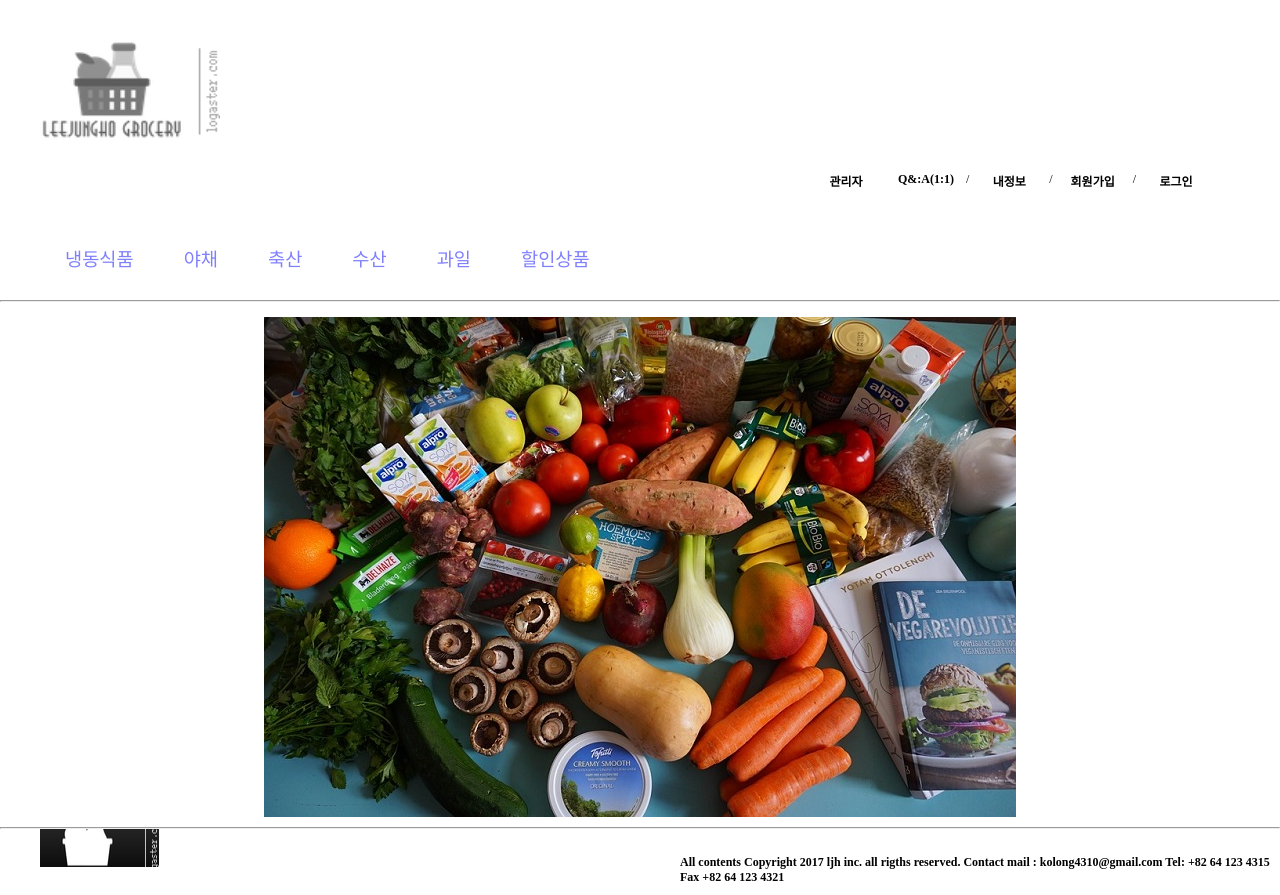
Repository: kolong4310/gitfth
Page: http://localhost/Shop/NonageServlet?command=index
An editor plug-in stored every save of this project. The page is shown before and after the next save, followed by the edit.
The browser window is 1280 px wide. The pictures show the whole page.
The page is served by Tomcat 9. Other server files are loaded and not shown. Queries for data that is not in the repository find no rows.

Above is the page before, as saved 2017-05-09 08:25:38.

### JspPro/Shop/WebContent/index.jsp
<%@ page language="java" contentType="text/html; charset=UTF-8"
    pageEncoding="UTF-8"%>

    	<%@ include file="../header.jsp" %>


    	<div id="main_img">
    		<img src="images/product.jpg">

    	</div>

    	<%@ include file="../footer.jsp" %>

### JspPro/Shop/WebContent/header.jsp
<%@ page language="java" contentType="text/html; charset=UTF-8"
    pageEncoding="UTF-8"%>
<%@ taglib prefix="c" uri="http://java.sun.com/jsp/jstl/core" %>
<%@ taglib prefix="fmt" uri="http://java.sun.com/jsp/jstl/fmt" %>

<!DOCTYPE html PUBLIC "-//W3C//DTD HTML 4.01 Transitional//EN" "http://www.w3.org/TR/html4/loose.dtd">
<html>
<head>
<meta http-equiv="Content-Type" content="text/html; charset=UTF-8">
<title>Shop</title>
<link href="css/shopping.css" rel="stylesheet">
<script type="text/javascript" src="member/member.js"></script>
<script type="text/javascript" src="mypage/mypage.js"></script>
</head>

<body>
	<div id="wrap">
		<header>
			<div id="logo">
				<a href="NonageServlet?command=index">
				<img src="images/grocery/4_Grayscale_logo_on_transparent_119x73.png" width="180" height="100" alt="main_logo">
				</a>
			</div>

			<nav id="catagory_menu">
				<ul>
					<c:choose>
						<c:when test="${empty sessionScope.loginUser}"> <!--로그인 담당하는 부분 비어 있으면. 로그인 안되어 있으면  -->
							<li>
								<a href="NonageServlet?command=login_form">로그인</a>
							</li>
							<li>/</li>
							<li><a href="NonageServlet?command=contract">회원가입</a></li>
						</c:when>

						<c:otherwise>
							<li style="color:orange">
								${sessionScope.loginUser.name}(${sessionScope.loginUser.id})
							</li>

							<li><a href="NonageServlet?command=logout">로그아웃</a></li>
							<li><a href="NonageServlet?command=cart_list">장바구니</a></li>
						</c:otherwise>
					</c:choose>

						<li>/</li>
						<li>
							<a href="NonageServlet?command=mypage">내정보</a>
						</li><li>/</li>
						<li>
							<a href="NonageServlet?command=qna_list">Q&amp:A(1:1)</a>
						</li>
						<li>
							<a href="NonageServlet?command=admin_login_form"> 관리자</a>
						</li>
					</ul>
				</nav>

				<nav id="top_menu">
					<ul>
						<li>
							<a href="NonageServlet?command=catagory&kind=1">냉동식품</a>
						</li>

						<li>
							<a href="NonageServlet?command=catagory&kind=2">야채</a>
						</li>

						<li>
							<a href="NonageServlet?command=catagory&kind=3">축산</a>
						</li>

						<li>
							<a href="NonageServlet?command=catagory&kind=4">수산</a>
						</li>

						<li>
							<a href="NonageServlet?command=catagory&kind=5">과일</a>
						</li>

						<li>
							<a href="NonageServlet?command=catagory&kind=6">할인상품</a>
						</li>
					</ul>
				</nav>

				<div class="clear"></div>
				<hr>

		</header>
	</div>
</body>
</html>

### JspPro/Shop/WebContent/footer.jsp
<%@ page language="java" contentType="text/html; charset=UTF-8"
    pageEncoding="UTF-8"%>

	<div class="clear"></div>

	<footer>
		<hr>
		<div id="copy">
			All contents Copyright 2017 ljh inc. all rigths reserved.
			Contact mail : kolong4310@gmail.com  Tel: +82 64 123 4315
			Fax +82 64 123 4321
		</div>
	</footer>
</body>
</html>

### JspPro/Shop/src/com/nonage/controller/NonageServlet.java
package com.nonage.controller;

import java.io.IOException;
import javax.servlet.ServletException;
import javax.servlet.annotation.WebServlet;
import javax.servlet.http.HttpServlet;
import javax.servlet.http.HttpServletRequest;
import javax.servlet.http.HttpServletResponse;

import com.nonage.action.Action;
import com.nonage.controller.action.ActionFactory;

/**
 * Servlet implementation class NonageServlet
 */
@WebServlet("/NonageServlet")
public class NonageServlet extends HttpServlet {
	private static final long serialVersionUID = 1L;

    /**
     * @see HttpServlet#HttpServlet()
     */
    public NonageServlet() {
        super();
        // TODO Auto-generated constructor stub
    }

	/**
	 * @see HttpServlet#doGet(HttpServletRequest request, HttpServletResponse response)
	 */
	protected void doGet(HttpServletRequest request, HttpServletResponse response) throws ServletException, IOException {

		// TODO Auto-generated method stub

		//요청시 보낸 파라미터 command 값을 얻어온다
		String command=request.getParameter("command");
		System.out.println("NonageServlet에서 요청 받음을 확인 : " +command);


		//ActionFactory의 getAction()에 요청 파라미터 값을 넘겨주어 요청에 따른 액션 객체를 얻어온 후에
		//execute()메소드를 호출 하여 요청에 대한 처리가 일어나도록 한다
		ActionFactory af=ActionFactory.getInstance();
		Action action = af.getAction(command);

		if(action!=null){
			action.execute(request, response);
		}
	}

	/**
	 * @see HttpServlet#doPost(HttpServletRequest request, HttpServletResponse response)
	 */
	protected void doPost(HttpServletRequest request, HttpServletResponse response) throws ServletException, IOException {
		// TODO Auto-generated method stub
		//post 방식으로 요청시 한글 깨짐을 방지하기 위한 코드
		request.setCharacterEncoding("UTF-8");

		//doGet()에서만 요청에 대한 처리를 한다
		doGet(request,response);
	}

}

### JspPro/Shop/src/com/nonage/controller/action/ActionFactory.java
package com.nonage.controller.action;

import com.nonage.action.Action;
import com.nonage.action.indexAction;
import com.nonage.admin.controller.action.AdminIndexAction;
import com.nonage.admin.controller.action.AdminMemberListAction;
import com.nonage.admin.controller.action.AdminOrderListAction;
import com.nonage.admin.controller.action.AdminOrderSaverAction;
import com.nonage.admin.controller.action.AdminProductDetailAction;
import com.nonage.admin.controller.action.AdminProductListAction;
import com.nonage.admin.controller.action.AdminProductUpdateFormAction;
import com.nonage.admin.controller.action.AdminProductWriteAction;
import com.nonage.admin.controller.action.AdminProductWriteFormAction;
import com.nonage.admin.controller.action.AdminQnaDetailAction;
import com.nonage.admin.controller.action.AdminQnaListAction;
import com.nonage.admin.controller.action.AdminQnaResaveAction;
import com.nonage.admin.controller.action.AdminProductUpdateAction;


//요청이 들어 왓을 때 어떤 액션 객체가 동작해야 하는지 판단하여 객체를 생성해주는 일응 담당

public class ActionFactory {
	private static ActionFactory instance = new ActionFactory();
	public ActionFactory(){
		super();
	}

	public static ActionFactory getInstance(){
		return instance;
	}

	public Action getAction(String command){
		Action action=null;
		System.out.println("ActionFactory :" + command);

		if(command.equals("index")){
			action = new indexAction();
		}else if(command.equals("product_detail")){
			action = new ProductDetailAction();
		}else if(command.equals("catagory")){
			action = new ProductKindAction();
		}else if(command.equals("contract")){
			action = new ContractAction();
		}else if(command.equals("join_form")){
			action = new JoinFormAction();
		}else if(command.equals("id_check_form")){
			action = new idCheckFormAction();
		}else if(command.equals("find_zip_num")){
			action = new FindZipNumAction();
		}else if(command.equals("join")){
			action = new JoinAction();
		}else if(command.equals("login_form")){
			action = new LoginFormAction();
		}else if(command.equals("login")){
			action = new LoginAction();
		}else if(command.equals("logout")){
			action = new LogoutAction();
		}else if(command.equals("cart_insert")){
			action = new CartInsertAction();
		}else if(command.equals("cart_list")){
			action = new CartListAction();
		}else if(command.equals("cart_delete")){
			action = new CartDeleteAction();
		}else if(command.equals("order_insert")){
			action = new OrderInsertAction();
		}else if(command.equals("order_list")){
			action = new OrderListAction();
		}else if(command.equals("mypage")){
			action = new MypageAction();
		}else if(command.equals("order_detail")){
			action = new OrderDetailAction();
		}/*else if(command.equals("order_all")){
			action = new OrderAllAction();
		}*/else if(command.equals("qna_list")){
			action = new QnaListAction();
		}else if(command.equals("qna_write_form")){
			action = new QnaWriteFormAction();
		}else if(command.equals("qna_write")){
			action = new QnaWriteAction();
		}else if(command.equals("qna_view")){
			action = new QnaViewAction();
		}else if(command.equals("admin_login_form")){
			action = new AdminIndexAction();
		}else if(command.equals("admin_login")){
			action = new AdminLoginAction();
		}else if(command.equals("admin_logout")){
			action = new AdminLogoutAction();
		}else if(command.equals("admin_product_list")){
			action = new AdminProductListAction();
		}else if(command.equals("admin_product_write_form")){
			action = new AdminProductWriteFormAction();
		}else if(command.equals("admin_product_write")){
			action = new AdminProductWriteAction();
		}else if(command.equals("admin_product_detail")){
			action = new AdminProductDetailAction();
		}else if(command.equals("admin_product_update_form")){
			action = new AdminProductUpdateFormAction();
		}else if(command.equals("admin_product_update")){
			action = new AdminProductUpdateAction();
		}else if(command.equals("admin_order_list")){
			action = new AdminOrderListAction();
		}else if(command.equals("admin_order_save")){
			action = new AdminOrderSaverAction();
		}else if(command.equals("admin_member_list")){
			action = new AdminMemberListAction();
		}else if(command.equals("admin_qna_list")){
			action = new AdminQnaListAction();
		}else if(command.equals("admin_qna_detail")){
			action = new AdminQnaDetailAction();
		}else if(command.equals("admin_qna_repsave")){
			action = new AdminQnaResaveAction();
		}
		return action;
	}
}

### JspPro/Shop/src/com/nonage/action/Action.java
package com.nonage.action;

import java.io.IOException;

import javax.servlet.ServletException;
import javax.servlet.http.HttpServletRequest;
import javax.servlet.http.HttpServletResponse;


//요청이 들어오면 액션 객체에서 모든 비즈니스 로직을 수행하고 뷰를 결정, 액션 클래스들은 요청에 대해서 동일한 메소드로 처리하도록 하기 위해 인터페이스(Action)의 상속을 받도록 합니다
//다음은 요청에 대한 처리를 담당할 추상 메소드를 갖는 인터페이스, 인터페이스를 모든 액션 클래스가 상속 받도록 할 것
public interface Action {
	public void execute(HttpServletRequest request, HttpServletResponse response)
		throws ServletException,IOException;

}

### JspPro/Shop/src/com/nonage/action/indexAction.java
package com.nonage.action;

import java.io.IOException;
import java.util.ArrayList;

import javax.servlet.RequestDispatcher;
import javax.servlet.ServletException;
import javax.servlet.http.HttpServletRequest;
import javax.servlet.http.HttpServletResponse;

import com.nonage.dao.ProductDAO;
import com.nonage.dto.ProductVO;
//메인 화면 출력을 위한 액션 클래스
public class indexAction implements Action {

	@Override
	public void execute(HttpServletRequest request, HttpServletResponse response) throws ServletException, IOException {
		// TODO Auto-generated method stub
		String url="/index.jsp";
		//데이터 베이스에서 상품 정보 얻어오는 비즈니스 로직
		ProductDAO productDAO=ProductDAO.getInstance();
		ArrayList<ProductVO> newProductList=productDAO.listNewProduct();
		ArrayList<ProductVO> bestProductList=productDAO.listBestProduct();

		request.setAttribute("newProductList", newProductList);
		request.setAttribute("bestProductList", bestProductList);

		RequestDispatcher dispatcher=request.getRequestDispatcher(url);
		dispatcher.forward(request, response);

	}

}

### JspPro/Shop/src/util/DBManager.java
package util;

import java.sql.Connection;
import java.sql.PreparedStatement;
import java.sql.ResultSet;

import javax.naming.Context;
import javax.naming.InitialContext;
import javax.sql.DataSource;

import com.mysql.jdbc.Statement;

public class DBManager {
	public static Connection getConnection(){
		Connection conn=null;

		try{
			Context initContext = new InitialContext();
			Context envContext  = (Context)initContext.lookup("java:/comp/env");
			DataSource ds = (DataSource)envContext.lookup("jdbc/TestDB");
			conn = ds.getConnection();

		}catch(Exception e){
			e.printStackTrace();
		}
		return conn;
	}



	public static void close(Connection conn, PreparedStatement stmt, ResultSet rs){

		try{
			rs.close();
			stmt.close();
			conn.close();
		}catch(Exception e){
			e.printStackTrace();
		}
	}


	public static void close(Connection conn,PreparedStatement stmt){
		try{
			stmt.close();
			conn.close();
		}catch(Exception e){
			e.printStackTrace();
		}
	}
}

### JspPro/Shop/WebContent/css/shopping.css
body{
    background-color:#ffffff;
    margin:0;
    padding:0;
    font-size:0.75em;
}

#wrap{
    width:100%; /* 각 웹 페이지 크기에 맞게 사이즈 조정 */
    text-align:left;
    margin:0;
    margin-right:auto;
    margin-left:auto;
    background-color:#ffffff;
    background-repeat:repeat-y;
    min-height:200px;
}

.clear{clear:both;}

#logo{
    float:left;
    width:180px;
    height:100px;
    margin:40px 0 0 40px;
}

nav#catagory_menu{
	float:right;
    margin:20px 64px 0 0;
    font-family: Arial, Helvetica, sans-serif;
}

table#cartList {
    border-collapse:collapse;    /* border 사이의 간격 없앰 */
    border-top: 2px solid  #333;
    border-bottom: 1px solid  #333;
    width:100%;                  /* 전체 테이블 길이 설정 */
    margin-bottom: 20px;
}

table#cartList th, td{
    border-bottom: 1px dotted  #333;
	text-align: center;
}

nav#catagory_menu ul{
    list-style:none;
    width: 1000px;
}

nav#catagory_menu ul li{
	display:block;
    height:30px;
    float:right;
    font-family: 굴림;
}

nav#catagory_menu a{
    text-decoration:none;
    display:inline-block;
    width: 80px;
    text-align: center;
    color: #000000;
    font-weight: bold;
}

nav#catagory_menu a:hover{
    color: #F90;
    font-weight: bold;
}

nav#top_menu{
    margin: 20px 0;
    float:left;
}

nav#top_menu ul{
    list-style:none;
    font-family:Verdana;
}
nav#top_menu ul li{
   float:left;
   margin:0 15px;
   font-size: 14pt;
}

nav#top_menu a{
	display:block;
    height:20px;
    text-decoration:none;
    color:#8080ff;
    padding: 10px;
}

nav#top_menu a:hover{
    background-image:url(../images/purple.gif);
    background-repeat:repeat-x;
    background-position:bottom;
}

article h1, div h1 {
	font-family: "Times New Roman", Times, serif;
	font-size: 45px;
	color: #CCC;
	margin: 20px 0;
	font-weight: normal;
}

article h2, div h2{
	font-family: "Times New Roman", Times, serif;
	font-size: 30px;
	color: #000000;
	padding-bottom: 15px;
	border-bottom: 1px dotted #666; /* 제목 하단 부에 점선을 넣어 제목이라는 것을 표시해 줍니다. */
}



#item{
    width:200px;
    float:left; margin: 0 13px;
    text-align: center;
}

#item img{
	width: 190px;
	height : 200px;
}

#itemdetail  img{
	width: 190px;
	height : 200px;
	margin-right: 20px;
}

a{
    color:#F00;
    text-decoration:none;
}
a:hover{
    color:#0000ff;
    text-decoration:underline;
}

#pname {
	font-size: 20px;
	border-bottom: 1px dotted #666;
	padding: 5px 0;
}

footer {
	margin:10px 0 0 0;
	height:40px;
	background-image: url(../images/grocery/5_White_logo_on_black_119x73.png);
	background-repeat: no-repeat;
	background-position: 40px center;
}

footer #copy {
	margin: 20px 0 10px 300px;
	width:600px;
	float:right;
	font-weight:bold;
	font-size: 1em;
}

#main_img{
	text-align: center;
}
#main_img img{
    margin:9px 0 0 0;
}

div#front{
    margin:5px 0 5px 20px;
}

#sub_img {
	text-align: center;
}

#sub_img img {
	margin: 9px 0 0 0;
}



article {
	float: right;
	position:relative;
	right:-10%;
	width: 100%;
	padding-right: 10px;
	font-family: Verdana, Geneva, sans-serif;
	font-size: 1em;
	line-height: 1.5em;
	margin:10px 0 0 0;
}


article p {

	padding-left: 10px;
}

article table#notice {

	width: 670px;
	border-collapse: collapse;
	border-top: 1px solid #999;
}

article table#notice th {

	height: 20px;
	width: 70px;
	font-size: 14px;
	font-weight: bold;
	padding: 5px;
	color: #FFF;
	border-bottom: 1px dotted #999;
}

article table#notice td {

	text-align: left;
	padding: 6px 0;
	border-bottom: 1px dotted #999;
}

article table#notice tr:hover {

	background-color: #DDF;
	cursor: pointer;
	color: red;
}




form {
	margin: 10px 0 0 0;
	width: 670px;
}

form fieldset {
	padding: 10px 0 20px 5px;
	border: none;
}

form fieldset legend {
	font-size: 20px; /* 제목으로 사용되기 때문에 크기를 크게 잡아 줍니다. */
	border-bottom: 1px dotted #666; /* 제목 하단 부에 점선을 넣어 제목이라는 것을 표시해 줍니다. */
	width: 600px; /* 전체 크기를 잡아 줍니다. */
	padding: 5px 0; /* 위와 아래로 여백을 주고 좌우로는 여백을 없애버립니다.
                                      여백을 안 주게 되면 밑줄과 너무 붙어버려 보기에 좋지 않습니다. */
}

form label {
	width: 140px; /* 전체의 크기를 정의합니다. */
	float: left; /* 왼쪽으로 이동시킵니다. */
	margin: 5px 0; /* 마진을 이용해서 상하로 간격을 줍니다. */
}

form input {
	margin: 5px 0; /* label과 마찬가지로 여기도 동일하게 상하로 간격을 줍니다. */
	border: 1px solid #999; /* input 박스의 테두리 모양을 정의해 줍니다. */
	background-color: #FCFDEA; /* 배경색을 이용하여 바탕화면 색과 차별을 줍니다. */
}

form input.id {
	width: 100px;
	height: 18px;
}

form input.dup {
	width: 90px; /* 버튼의 가로 크기를 정합니다. */
	height: 23px; /* 버튼의 세로 크기를 정합니다. */
	border-radius: 8px; /* border-radius 통해 둥그런 버튼으로 만듭니다. */
	border: none; /* 배경 이미지가 어둡기 때문에 여기서 border는 없애버리겠습니다. */
	margin: 0 0 0 5px; /* 마진을 왼쪽만 줘서 input과의 간격을 벌립니다. */
	font-weight: bold; /* 글꼴 두께를 두껍게 */
	color: #FFF; /* 글꼴의 색상은 흰색으로 */
	background-image: url(../images/dup.jpg);
	/* 백그라운드 이미지를 사용합니다. */
	background-repeat: repeat-x; /* 백그라운드 이미지를 x축으로 반복 */
	background-position: center center; /* 백그라운드 이미지의 위치를 중앙으로 위치 */
}

form #buttons {
	margin: 20px 0 0 0;
}

form  .submit,form  .cancel {
	height: 30px; /* 버튼의 세로 크기를 정의합니다. */
	width: 150px; /* 버튼의 가로 크기를 정의합니다. */
	border: 1px solid #666; /* 버튼의 테두리를 정의합니다. */
	border-radius: 10px; /* border-radius를 통해 버튼을 둥그렇게 만듭니다. */
	box-shadow: 3px 3px 2px #ccc; /* box-shadow를 이용해서 그림자를 만듭니다. */
	font-size: 14px; /* 글꼴 사이즈를 조절합니다. */
	background-repeat: repeat-x;
	background-position: center center;
	color: #fff;
	margin: 0 0 0 20px;
}

form  .submit {
	background-image: url(../images/submit_back.jpg);
}

form  .cancel {
	background-image: url(../images/cancel_back.jpg);
}

Loaded but not shown: JspPro/Shop/WebContent/member/member.js (53 lines, source omitted); JspPro/Shop/WebContent/mypage/mypage.js (75 lines, source omitted); JspPro/Shop/src/com/nonage/dao/ProductDAO.java (376 lines, source omitted)

After the next save:
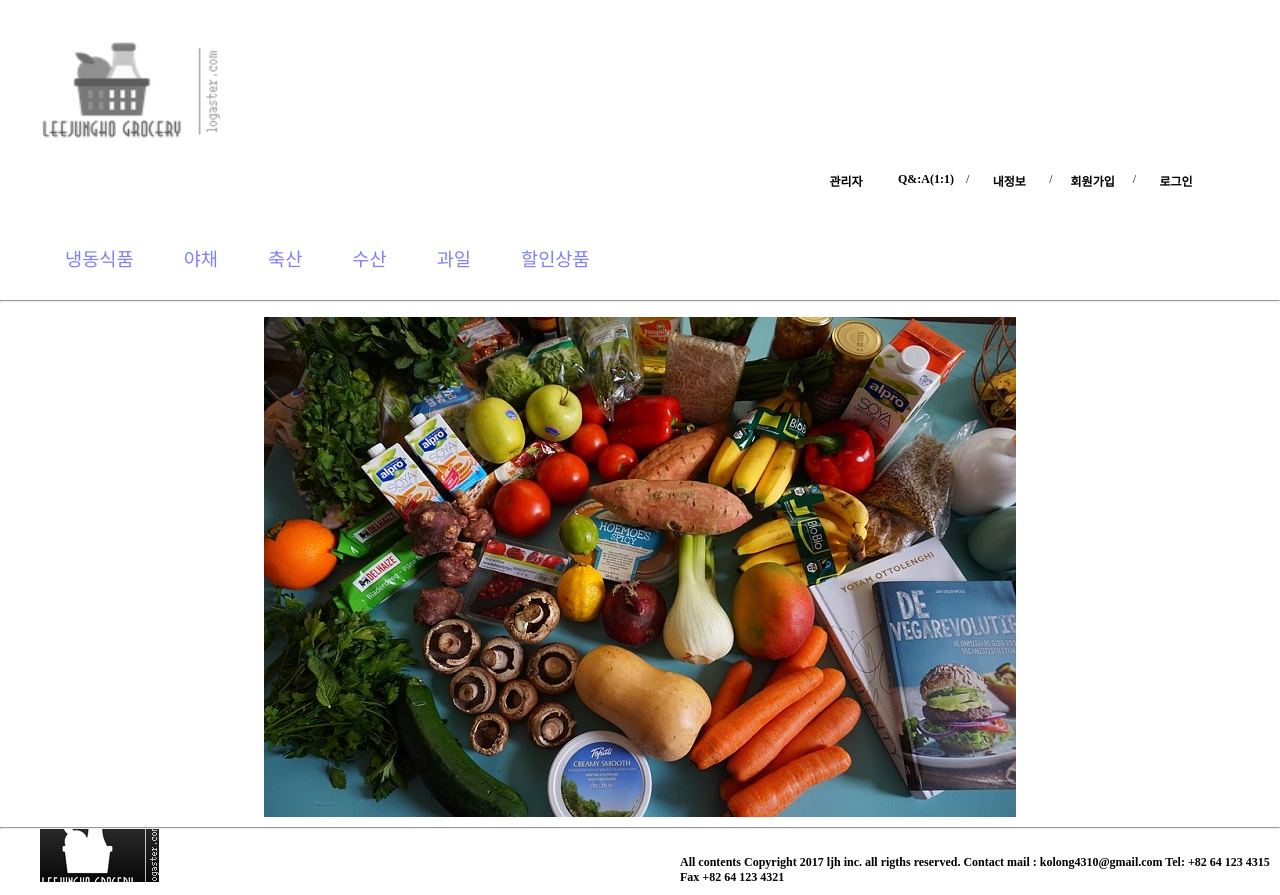
Saved 70 s later.
--- a/JspPro/Shop/WebContent/css/shopping.css
+++ b/JspPro/Shop/WebContent/css/shopping.css
@@ -151,7 +151,7 @@ a:hover{
 
 footer {
 	margin:10px 0 0 0;
-	height:40px;
+	height:55px;
 	background-image: url(../images/grocery/5_White_logo_on_black_119x73.png);
 	background-repeat: no-repeat;
 	background-position: 40px center;
